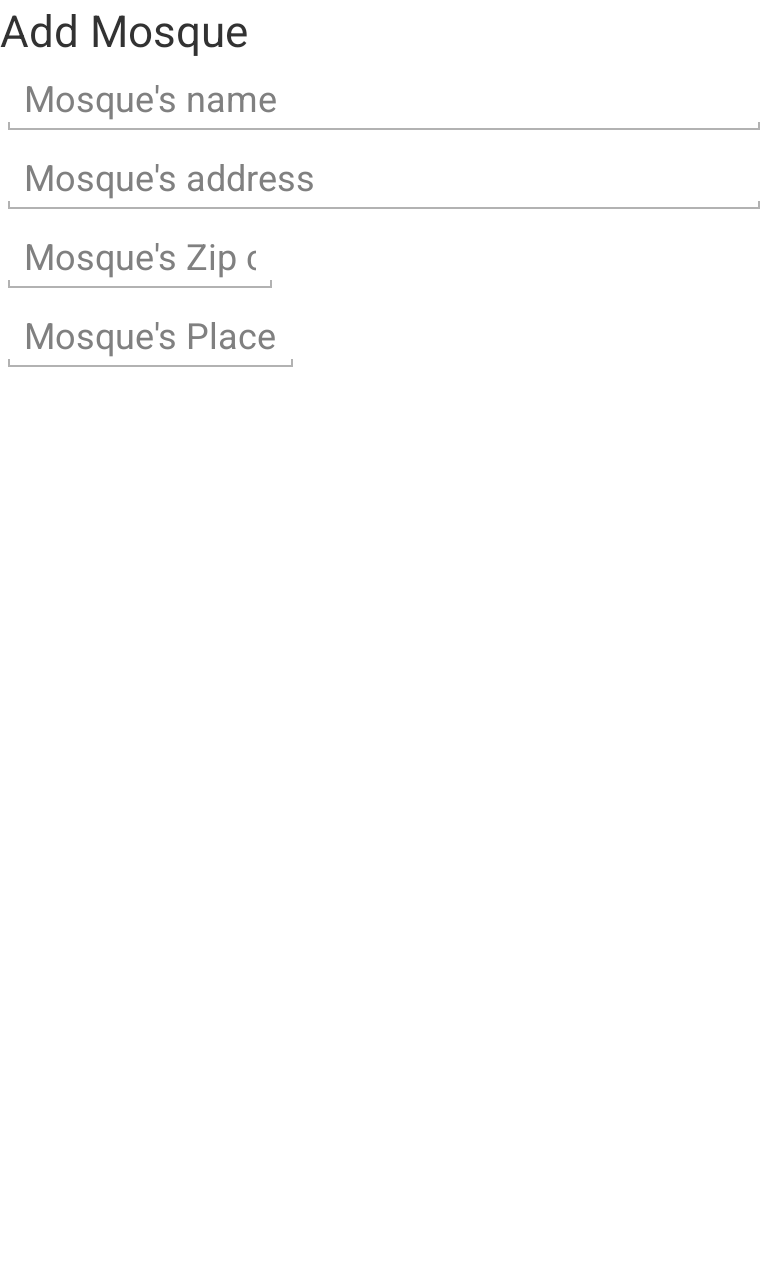
Repository: Osamah/Afstudeerwerk
Layout: NativeApp/SecondPillar/res/layout/activity_addmosque.xml
The author's editor kept a copy of each file at every save. The layout is drawn from the files as they stood at one save, then again after the next save.
It is drawn on a 768 x 1280 px phone screen (xhdpi) without system bars, with theme AppTheme; the app's code is not run.

Above is the layout before, as saved 2012-12-31 15:13:44.

### NativeApp/SecondPillar/res/layout/activity_addmosque.xml
<?xml version="1.0" encoding="utf-8"?>

<!-- ScrollView to scroll vertical down the page -->
<ScrollView
    xmlns:android="http://schemas.android.com/apk/res/android"
    android:id="@+id/ScrollView01"
    android:layout_width="fill_parent"
    android:layout_height="wrap_content"
    android:scrollbars="vertical">

    <LinearLayout
        android:layout_width="fill_parent"
        android:layout_height="fill_parent"
        android:orientation="vertical" >

		<TextView
		    android:id="@+id/lblAddMosque"
		    android:layout_width="wrap_content"
		    android:layout_height="wrap_content"
		    android:text="@string/lblAddMosque"
		    android:textSize="10pt">
		</TextView>

        <EditText
            android:id="@+id/txtMosqueName"
            android:layout_width="fill_parent"
            android:layout_height="wrap_content"
            android:hint="@string/txtMosqueName"
            android:inputType="textCapWords" >

		</EditText>

        <EditText
		    android:id="@+id/txtMosqueAddress"
		    android:layout_height="wrap_content"
		    android:hint="@string/txtMosqueAddress"
		    android:inputType="textPostalAddress"
		    android:layout_width="fill_parent">
		</EditText>

        <EditText
            android:id="@+id/txtMosqueZipCode"
            android:layout_width="140dp"
            android:layout_height="wrap_content"
            android:hint="@string/txtMosqueZipCode"
            android:inputType="number" >

		</EditText>

        <EditText
            android:id="@+id/txtMosquePlace"
            android:layout_width="wrap_content"
            android:layout_height="wrap_content"
            android:hint="@string/txtMosquePlace"
            android:inputType="textPostalAddress" >

		</EditText>





    </LinearLayout>
</ScrollView>

### NativeApp/SecondPillar/res/values/strings.xml
<?xml version="1.0" encoding="utf-8"?>
<resources>

    <string name="app_name">Second Pillar</string>

    <!-- Menu -->
    <string name="menu_search">Search</string>


    <!-- Option Menu -->
	<string name="option_settings">Settings</string>
	<string name="option_about">About</string>


	<!-- Settings -->
	<string name="notifications">Notifications</string>

	<string name="prayingWhere">Where to pray?</string>
	<string name="prayHome">Home</string>
	<string name="prayMosque">Mosque</string>

	<string name="NotificationsPraying">When to pray?</string>
	<string name="inAdvance">In advance</string>
	<string name="onTime">On time</string>


	<!-- About -->
	<string name="about">If you have any questions just call me maybe</string>


    <!-- Prayer -->
    <string name="headerCol1">Prayer</string>
    <string name="headerCol2">Time</string>
    <string name="headerCol3">L</string>

    <string name="prayer1">Fajr</string>
    <string name="prayer2">Dhor</string>
    <string name="prayer3">Asr</string>
    <string name="prayer4">Magreb</string>
    <string name="prayer5">Isha</string>

    <string name="prayerTime1">5h25</string>
    <string name="prayerTime2">12h30</string>
    <string name="prayerTime3">15h37</string>
    <string name="prayerTime4">18h48</string>
    <string name="prayerTime5">21h00</string>


    <!-- Favorite -->


    <!-- Add Mosque -->
    <string name="lblAddMosque">Add Mosque</string>
    <string name="txtMosqueName">Mosque\'s name</string>
    <string name="txtMosqueAddress">Mosque\'s address</string>
    <string name="txtMosqueZipCode">Mosque\'s Zip code</string>
    <string name="txtMosquePlace">Mosque\'s Place</string>
    <string name=""></string>
    <string name=""></string>
    <string name=""></string>
    <string name=""></string>


</resources>

Loaded but not shown: NativeApp/SecondPillar/res/values/styles.xml (common file); NativeApp/SecondPillar/res/values-v11/styles.xml (common file); NativeApp/SecondPillar/res/values-v14/styles.xml (common file)

After the next save:
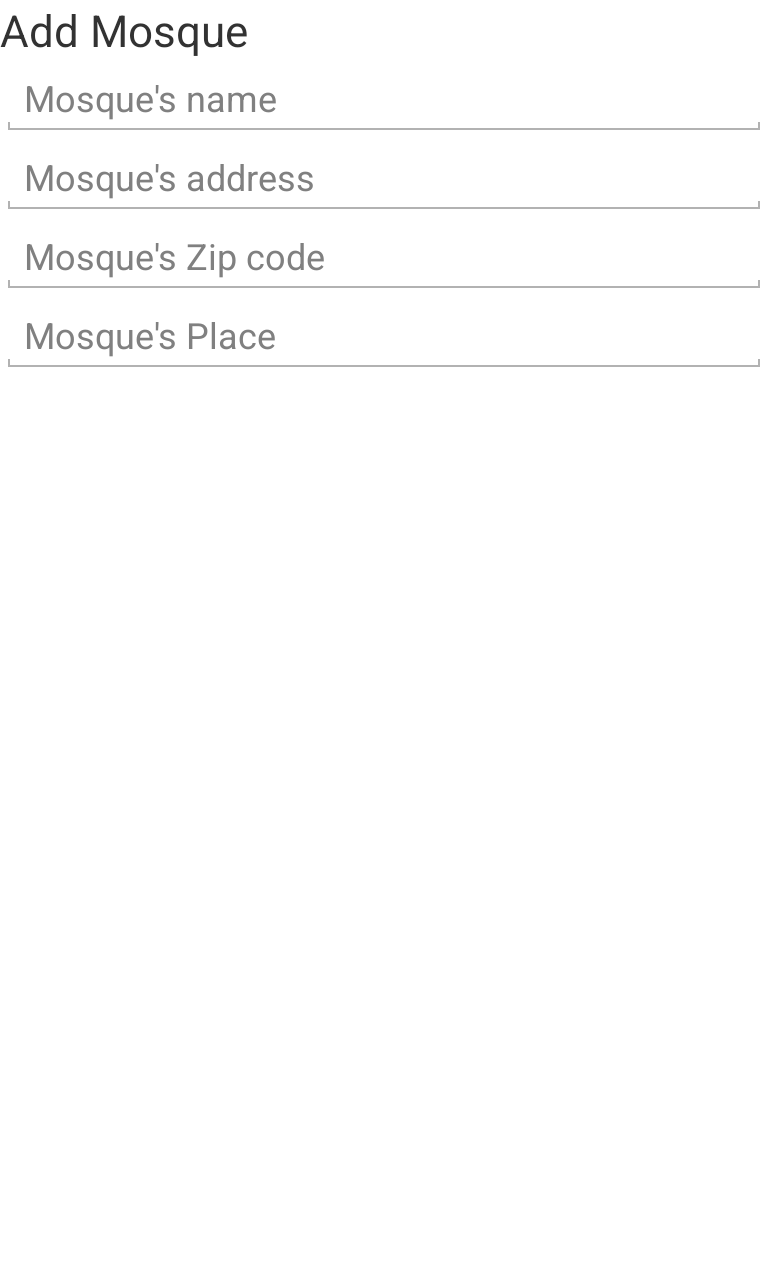
Saved 23 s later.
--- a/NativeApp/SecondPillar/res/layout/activity_addmosque.xml
+++ b/NativeApp/SecondPillar/res/layout/activity_addmosque.xml
@@ -40,7 +40,7 @@
 
         <EditText
             android:id="@+id/txtMosqueZipCode"
-            android:layout_width="140dp"
+            android:layout_width="fill_parent"
             android:layout_height="wrap_content"
             android:hint="@string/txtMosqueZipCode"
             android:inputType="number" >
@@ -49,7 +49,7 @@
 
         <EditText
             android:id="@+id/txtMosquePlace"
-            android:layout_width="wrap_content"
+            android:layout_width="fill_parent"
             android:layout_height="wrap_content"
             android:hint="@string/txtMosquePlace"
             android:inputType="textPostalAddress" >
